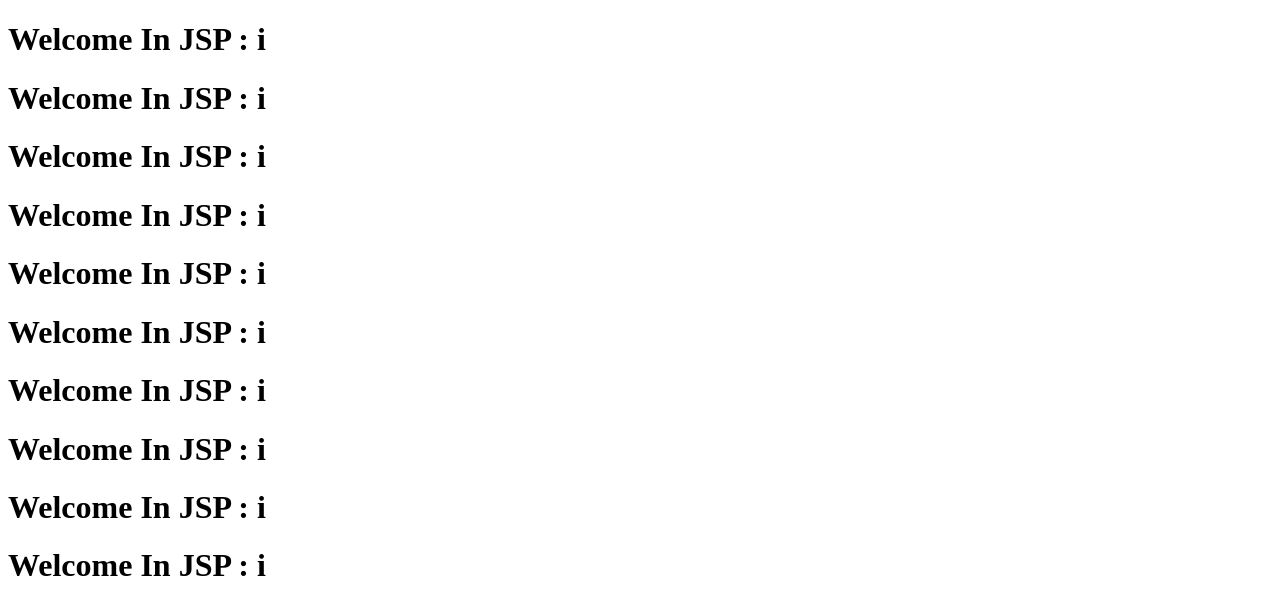
Repository: meanbypawan/j2eebatch
Page: http://localhost/TestJsp/first.jsp
These files come from the project's save history. The page is drawn as it stood at one moment and after the next save; the edit follows.
The browser window is 1280 px wide. The pictures show the whole page.
The page is served by Tomcat 9.

Above is the page before, as saved 2024-05-23 14:15:09.

After the next save:
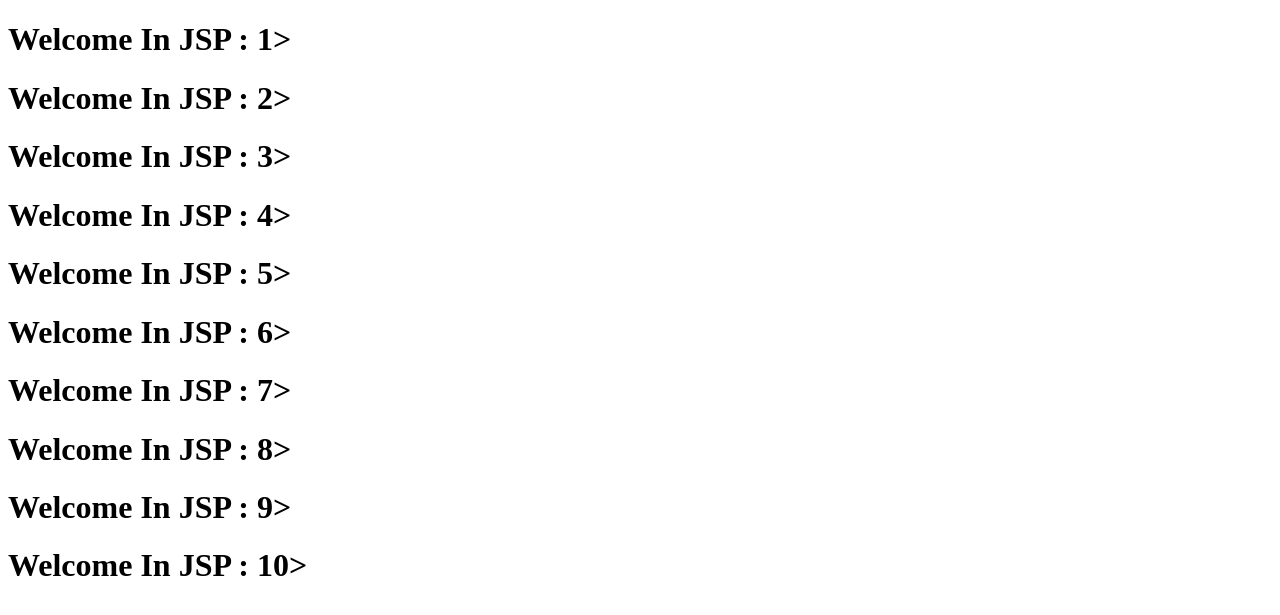
Saved 16 s later.
--- a/TestJsp/src/main/webapp/first.jsp
+++ b/TestJsp/src/main/webapp/first.jsp
@@ -10,7 +10,7 @@
  <%
   for(int i=1; i<=10; i++){%>
 
-	  <h1>Welcome In JSP : i</h1>
+	  <h1>Welcome In JSP : <%=i %>></h1>
 
   <%}
  %>
